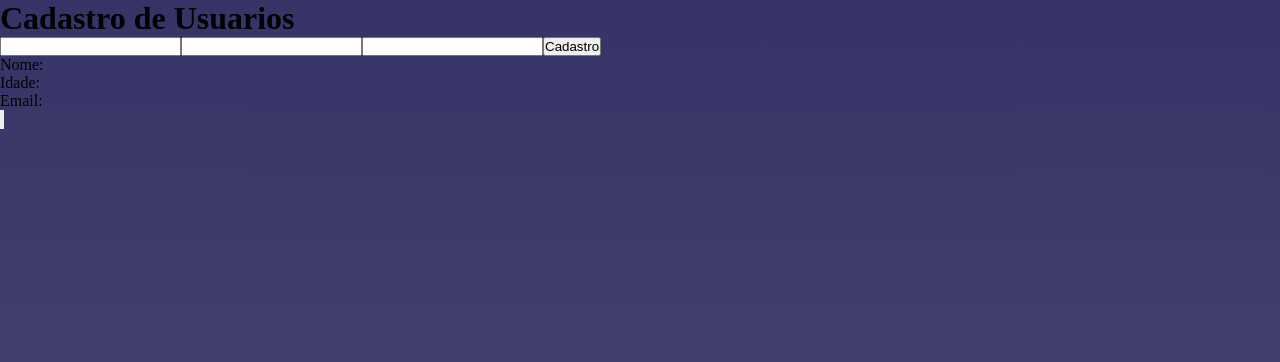
Repository: Rubenslourenco/api-react-node
Page: / (app in devclub-cadastro/)
The author's editor kept a copy of each file at every save. The page is drawn from the files as they stood at one save, then again after the next save.
The browser window is 1280 px wide. The pictures show the whole page.
The project was rebuilt for these pictures with package versions that can differ from the ones it lists, and the page was loaded fresh each time. Also part of the build but not shown: devclub-cadastro/vite.config.js, devclub-cadastro/src/pages/Home/style.css.

Above is the page before, as saved 2025-01-27 09:42:45.

### devclub-cadastro/index.html
<!DOCTYPE html>
<html lang="en">
  <head>
    <meta charset="UTF-8" />
    <link rel="icon" type="image/svg+xml" href="/vite.svg" />
    <meta name="viewport" content="width=device-width, initial-scale=1.0" />
    <link rel="preconnect" href="https://fonts.googleapis.com" />
    <link rel="preconnect" href="https://fonts.gstatic.com" crossorigin />
    <link
      href="https://fonts.googleapis.com/css2?family=Poppins:ital,wght@0,100;0,200;0,300;0,400;0,500;0,600;0,700;0,800;0,900;1,100;1,200;1,300;1,400;1,500;1,600;1,700;1,800;1,900&display=swap"
      rel="stylesheet"
    />
    <title>DevClib - cadastro de Usuarios</title>
  </head>
  <body>
    <div id="root"></div>
    <script type="module" src="/src/main.jsx"></script>
  </body>
</html>

### devclub-cadastro/src/main.jsx
import { StrictMode } from "react";
import { createRoot } from "react-dom/client";
import "./index.css";
import Home from "./pages/Home";

createRoot(document.getElementById("root")).render(
  <StrictMode>
    <Home />
  </StrictMode>
);

### devclub-cadastro/src/index.css
* {
  margin: 0;
  padding: 0;
  box-sizing: border-box;
}

body {
  min-height: 100vh;
  width: 100vw;
  background: linear-gradient(180deg, #363467 0%, rgba(30, 29, 79, 0.8) 100%);
}

### devclub-cadastro/src/pages/Home/index.jsx
import "./style.css";
import Trash from "../../assets/trash.svg";

function Home() {
  return (
    <div className="container">
      <form>
        <h1>Cadastro de Usuarios</h1>
        <input name="nome" type="text" />
        <input name="idade" type="number" />
        <input name="email" type="email" />
        <button type="button">Cadastro</button>
      </form>

      <div>
        <div>
          <p>Nome: </p>
          <p>Idade: </p>
          <p>Email: </p>
        </div>

        <button>
          <img src="" alt="" />
        </button>
      </div>
    </div>
  );
}

export default Home;

After the next save:
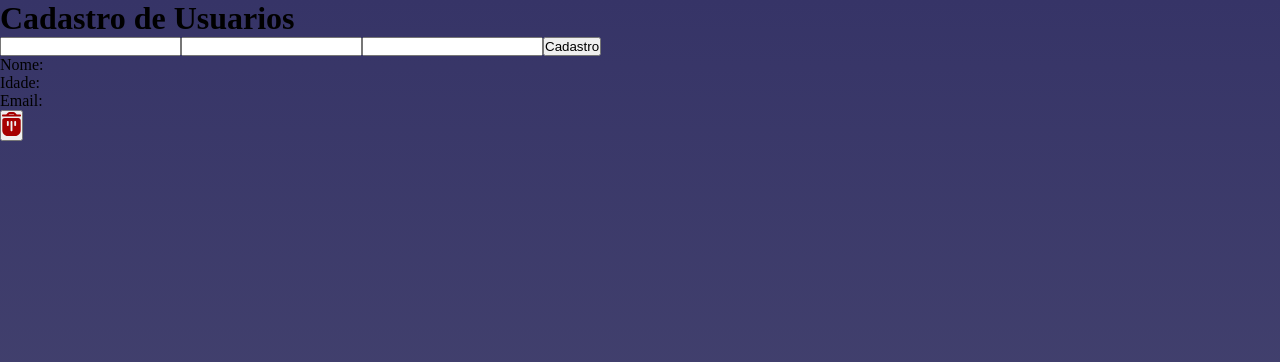
Saved 35 s later.
--- a/devclub-cadastro/src/pages/Home/index.jsx
+++ b/devclub-cadastro/src/pages/Home/index.jsx
@@ -20,7 +20,7 @@ function Home() {
         </div>
 
         <button>
-          <img src="" alt="" />
+          <img src={Trash} alt="" />
         </button>
       </div>
     </div>
